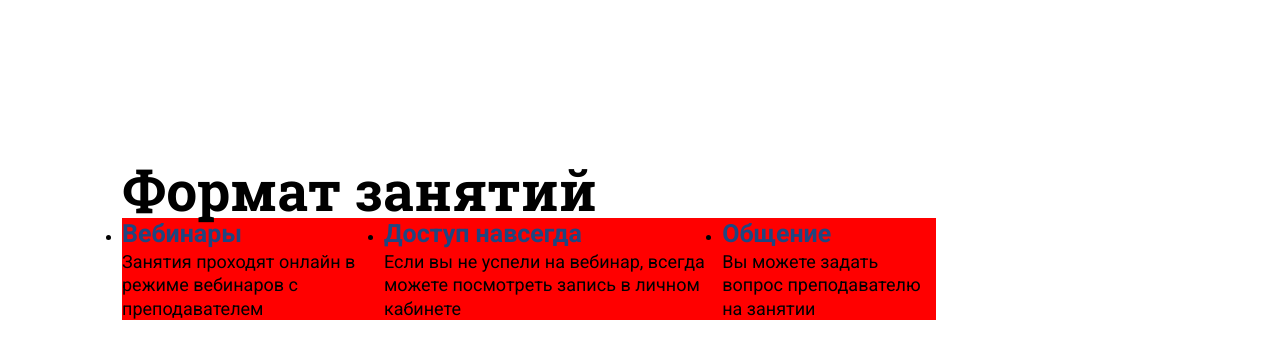
Repository: mirali879/previous-proj
Page: index.html
An editor plug-in stored every save of this project. The page is shown before and after a run of saves, followed by the edit.
The browser window is 1280 px wide. The pictures show the whole page.

Above is the page before, as saved 2023-05-06 19:15:42.

After the next 2 saves:
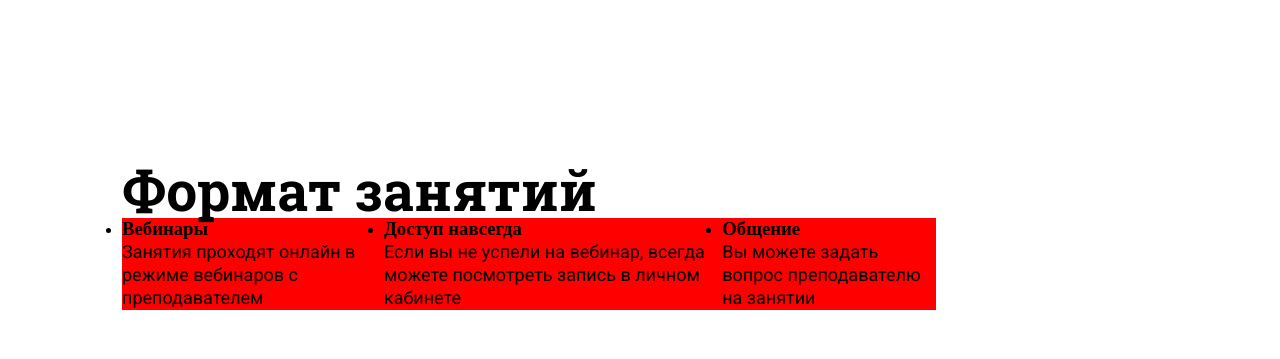
The 2 saves are shown as one change because they came seconds apart.
The last was saved 26 s later.
--- a/style.css
+++ b/style.css
@@ -95,6 +95,7 @@
   display: flex;
   background-color: red;
 }
+.page
 .page-1 ul li h3{
   font-family: 'Roboto';
   font-style: normal;

After the 2 saves that followed:
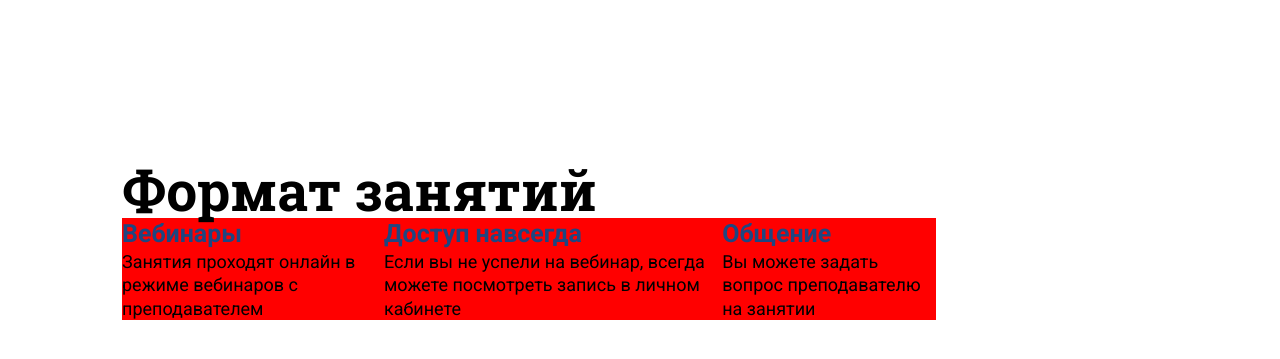
The 2 saves are shown as one change because they came seconds apart.
The last was saved 8 s later.
--- a/style.css
+++ b/style.css
@@ -95,7 +95,9 @@
   display: flex;
   background-color: red;
 }
-.page
+.page-1 li {
+  list-style-type: none;
+}
 .page-1 ul li h3{
   font-family: 'Roboto';
   font-style: normal;
